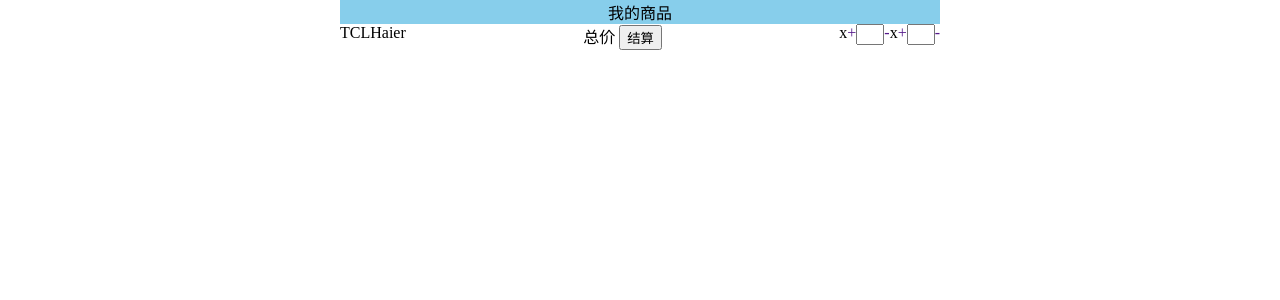
Repository: R1Deemo/Vue
Page: 10购物车.html
An editor plug-in stored every save of this project. The page is shown before and after the next save, followed by the edit.
The browser window is 1280 px wide. The pictures show the whole page.

Above is the page before, as saved 2022-11-14 15:22:36.

After the next save:
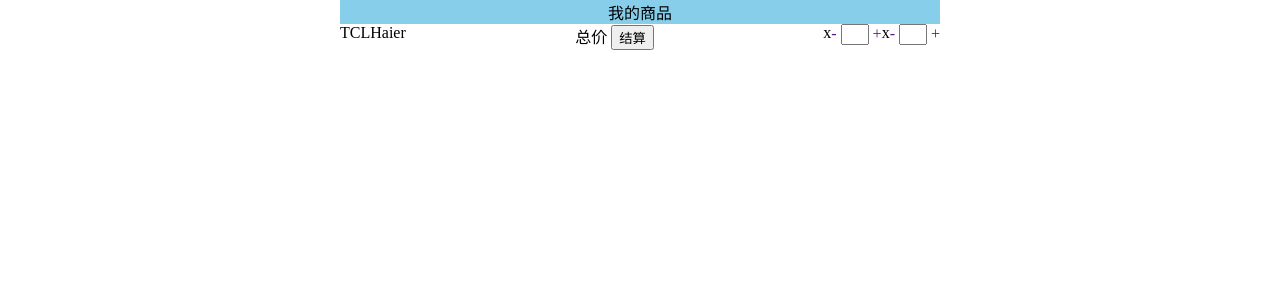
Saved 46 s later.
--- a/css/购物车.css
+++ b/css/购物车.css
@@ -2,10 +2,6 @@
 html {
     margin: 0;
     padding: 0;
-}
-
-.item {
-    width: 600px;
 }
 
 .title {
@@ -27,12 +23,10 @@
 
 a {
     text-decoration: none;
-    float: right;
 }
 
 .num {
     width: 20px;
-    float: right;
 }
 
 .name {
